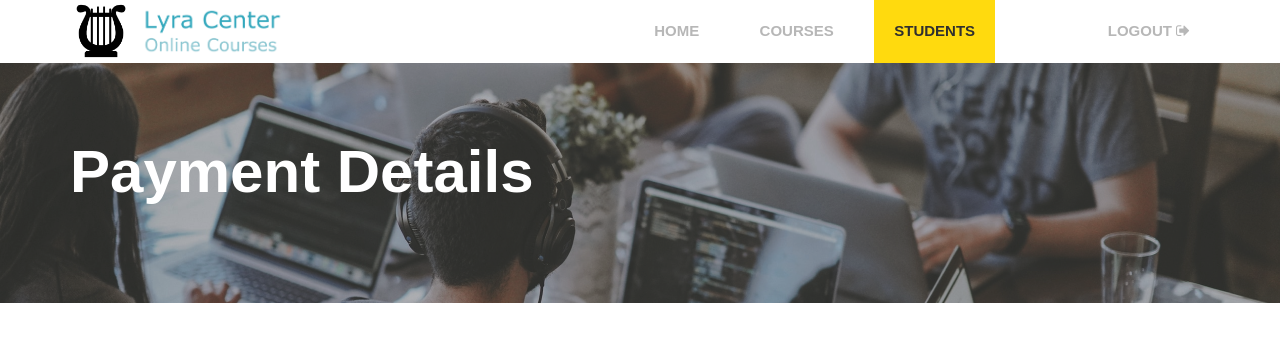
Repository: jersmaecrz/lyra-center
Page: http://localhost/aPayment.php
These files come from the project's save history. The page is drawn as it stood at one moment and after the next save; the edit follows.
The browser window is 1280 px wide. The pictures show the whole page.
Some web fonts or font styles are not loaded; a fallback is used. The page is run by PHP 8.4 with error messages shown; the project is at /var/www/html/.

Above is the page before, as saved 2022-12-04 16:07:28.

### aPayment.php
<?php
    include "admin-classes.php";
?>
<!DOCTYPE html>
<html lang="zxx">
<head>
    <link rel="icon" href="img/lyre.png">
    <meta charset="UTF-8">
    <meta name="description" content="Anime Template">
    <meta name="keywords" content="Anime, unica, creative, html">
    <meta name="viewport" content="width=device-width, initial-scale=1.0">
    <meta http-equiv="X-UA-Compatible" content="ie=edge">
    <title>Lyra | Payment Details</title>
    <link rel="stylesheet" href="css/admin-style.css" type="text/css">

    <!-- Google Font -->
    <link href="https://fonts.googleapis.com/css2?family=Mulish:wght@300;400;500;600;700;800;900&display=swap"
    rel="stylesheet">

    <link rel="preconnect" href="https://fonts.googleapis.com">
    <link rel="preconnect" href="https://fonts.gstatic.com" crossorigin>
    <link href="https://fonts.googleapis.com/css2?family=Open+Sans:wght@700&display=swap" rel="stylesheet">

    <!-- Css Styles -->
    <link rel="stylesheet" href="css/bootstrap.min.css" type="text/css">
    <link rel="stylesheet" href="css/font-awesome.min.css" type="text/css">
    <link rel="stylesheet" href="css/elegant-icons.css" type="text/css">
    <link rel="stylesheet" href="css/plyr.css" type="text/css">
    <link rel="stylesheet" href="css/nice-select.css" type="text/css">
    <link rel="stylesheet" href="css/owl.carousel.min.css" type="text/css">
    <link rel="stylesheet" href="css/slicknav.min.css" type="text/css">
    <link rel="stylesheet" href="css/style.css" type="text/css">
</head>

<body>
    <!-- Page Preloder -->
    <div id="preloder">
        <div class="loader"></div>
    </div>

    <!-- Header Section Begin -->
    <header class="header">
        <div class="container">
            <div class="row">
                <div class="col-lg-5">
                    <div class="header__logo">
                        <a href="./aHome.php">
                            <img src="img/lyre.png" alt="" width=62px>
                            <img src="img/lyra.png" alt="" width=150px>
                        </a>
                    </div>
                </div>
                <div class="col-lg-7">
                    <div class="header__nav">
                        <nav class="header__menu mobile-menu">
                            <ul>
                                <li ><a href="./aHome.php">HOME</a></li>
                                <li ><a href="./aCourses.php">COURSES</a></li>
                                <li class="active"><a href="./aStudents.php">STUDENTS</a></li>
                                <li class="right"><a href="./signup.html">LOGOUT <i class="fa fa-sign-out" aria-hidden="true"></i></a></li>
                            </ul>
                        </nav>
                    </div>
                </div>

            </div>
            <div id="mobile-menu-wrap"></div>
        </div>
    </header>
    <!-- Header End -->


    <!-- Normal Breadcrumb Begin -->
    <section class="pg pg-breadcrumb set-bg" data-setbg="img/banner.png">
        <div class="container">
            <div class="row">
                <div class="col-lg-8">
                    <div class="banner-text normal__breadcrumb__text">
                        <h2></i> Payment Details</h2>
                            <?php
                                if(isset($_GET['uname'])){
                                    echo "<div class='lemony'><a><span><b>";
                                    echo $_GET['uname'];
                                    echo "</b></span</a></div>";
                                }
                            ?>

                    </div>
                </div>
            </div>
        </div>

    </section>
    <!-- Normal Breadcrumb End -->
<br>

<!-- Dashboard -->
<div class="container">
    <div class="row">
        <div class="normal__breadcrumb__text" style="float:none;margin:auto;">
           <table class="styled-table"">

                <?php
                    $sPayment = new StudentPayment();
                    if(isset($_GET['ecID'])){
                        $ecID = $_GET['ecID'];
                        $sPayment -> retrieveStudentPayments($pdo,$ecID);
                        $rows = $sPayment -> getPayments();
                ?>
            </table>
            <table class="styled-table"">
                <thead>
                    <th>Payment ID</th>
                </thead>
                <tbody>

                    <?php

                            foreach($rows as $row){
                                echo " <td>".$row -> pytID."</td>";?>
                    <br><thead>
                        <th>Enrolled Course ID</th>
                    </thead>                    <?php
                                echo " <th>".$row -> ecID."</th>";

                            }
                        }
                    ?>
                </tbody>

                <tbody>
            </table>
            <img src=""/>
           </div>
        </div>
    </div>
</div>
<br>
<br>
<br>
<br>
<br>

<!-- Footer Section Begin
<footer class="footer">
    <div class="page-up">
        <a href="#" class="scroll"><span class="arrow_carrot-up"></span></a>
    </div>
    <div class="container">
        <div class="row">
            <div class="col-lg-3">
                <div class="footer__logo">
                    <a href="./index.html">
                        <img src="img/mango manga.png" alt="" width=80px>
                        <img src="img/mm.png" alt="" width=110px>
                    </a>
                </div>
            </div>
            <div class="col-lg-6">
                <div class="footer__nav">
                    <ul>
                        <li class="active"><a href="./index.html">HOME</a></li>
                        <li ><a href="./courses.html">COURSES</a></li>
                        <li ><a href="./signup.html">STUDENTS</a></li>

                    </ul>
                </div>
            </div>

          </div>
      </div>
  </footer>
  <!-- Footer Section End -->


<!-- Js Plugins -->
<script src="js/jquery-3.3.1.min.js"></script>
<script src="js/bootstrap.min.js"></script>
<script src="js/player.js"></script>
<script src="js/jquery.nice-select.min.js"></script>
<script src="js/mixitup.min.js"></script>
<script src="js/jquery.slicknav.js"></script>
<script src="js/owl.carousel.min.js"></script>
<script src="js/main.js"></script>


</body>

</html>

### admin-classes.php
<?php
   require_once("config.php");
   class Dashboard {
        //Attributes
        public $name;
        public $courses;
        //Create setters
        function setStudents($students){
            $this -> students = $students;
        }
        function setCourses($courses){
            $this -> courses = $courses;
        }
        //Create getters
        function getStudents(){
            return $this -> students;
        }
        function getCourses(){
            return $this -> courses;
        }
        function countStudents($pdo){
            $type = "user";

            $query = "SELECT * FROM users WHERE `user_type` = ?" ;
            $stmt = $pdo-> prepare($query);
            $stmt -> execute([$type]);
            $rows = $stmt -> fetchAll();
            $rowCount = $stmt->rowCount();
            $this -> setStudents($rowCount);
        }
        function countCourses($pdo){
            $query = "SELECT * FROM courses";
            $stmt = $pdo-> prepare($query);
            $stmt -> execute();
            $rows = $stmt -> fetchAll();
            $rowCount = $stmt->rowCount();
            $this -> setCourses($rowCount);
        }
    }
    class Students {
        //Attributes
        public $students;
        //Create setter
        function setStudents($students){
            $this -> students = $students;
        }
        //Create getter
        function getStudents(){
            return $this -> students;
        }
        function retrieveStudents($pdo){
            $type = "user";
            $query = "SELECT * FROM users WHERE `user_type` = ?";
            $stmt = $pdo-> prepare($query);
            $stmt -> execute([$type]);
            $rows = $stmt -> fetchAll();
            $this -> setStudents($rows);
        }
    }
    class StudentCourse {
        //Attributes
        public $studentUsername;
        public $courses;
        public $status;
        //Create setter
        function setStudentUsername($studentUsername){
            $this -> studentUsername = $studentUsername;
        }
        function setCourses($courses){
            $this -> courses = $courses;
        }
        //Create getter
        function getStudentUsername(){
            return $this -> studentUsername;
        }
        function getCourses(){
            return $this -> courses;
        }
        function retrieveStudentCourses($pdo){
            $id = $this-> getStudentUsername();
            $query = "SELECT * FROM `enrolled courses` JOIN `courses` WHERE `sUsername` = ?";
            $stmt = $pdo-> prepare($query);
            $stmt -> execute([$id]);
            $rows = $stmt -> fetchAll();
            $this -> setCourses($rows);
        }
        function updateEnrollmentStatus($pdo, $ecID, $status){
            $query = "UPDATE `enrolled courses` SET `ecStatus` = ? WHERE `ecID` = ?";
            $stmt = $pdo-> prepare($query);
            $stmt -> execute([$status,$ecID]);
            echo "Successfully Updated.";
            echo "<script>
                window.location.replace('aEnrolledCourses.php?uname=".filter_var($_GET['uname'])."');
            </script>";

        }
    }
    class StudentPayment {
        //Attributes
        public $payments;
        //Create setter
        function setPayments($payments){
            $this -> payments = $payments;
        }
        //Create getter
        function getPayments(){
            return $this -> payments;
        }
        function retrieveStudentPayments($pdo, $ecID){
            $query = "SELECT * FROM `payment` WHERE `ecID` = ?";
            $stmt = $pdo-> prepare($query);
            $stmt -> execute([$ecID]);
            $rows = $stmt -> fetchAll();
            $this -> setPayments($rows);
        }
    }
?>

### config.php
<?php
    $host = "remotemysql.com";
    $user = "NsqxjSUDbx";
    $password = "wLgUwnheJo";
    $dbName = "NsqxjSUDbx" ;
    //Connect to database using PDO
    try {
        $dsn ="mysql:host=$host;dbname=$dbName";
        $pdo = new PDO($dsn,$user, $password);
        //Check the connection
        $pdo->setAttribute(PDO::ATTR_DEFAULT_FETCH_MODE,PDO::FETCH_OBJ);
        $pdo->setAttribute(PDO::ATTR_ERRMODE,PDO::ERRMODE_EXCEPTION);
    } catch(PDOException $e) {
        echo "Unable to Connect to DB: ". $e->getMessage();
    }
?>

### css/admin-style.css

/*			HOME PAGE 			*/
.right {
    float: right;
}
.scroll {
    margin-left: -50px;
    margin-top: -50px;
}
.main-section{
	width:80%;
	margin:0 auto;
	text-align: center;
	padding: 0px 5px;
}
.dashboard{
	width:32%;
	display: inline-block;
	margin-top: 50px;
}
.icon-section i{
	font-size: 30px;
	padding:10px;
	border:1px solid #34495E;
	margin-bottom: 10px;
    margin: 5%;
	background-color:#fff;
    border-radius: 50%;
}
.icon-section h3{
	font-size: 20px;
    color: #fff;
	font-family: "Mulish", sans-serif;
}
.icon-section p{
	margin:0px;
	font-size: 20px;
	padding-bottom: 10px;
	font-family: "Mulish", sans-serif;
}
.icon {
    color: #023047;
}
.blueDash {
    background-color:#34495E;
}
.yellowDash {
    background-color:#c9e6f3;
}
.yellowDash h3, .yellowDash p{
	color: #34495E;
}
.blueDash p, .blueDash h3{
	color:#fff;
}
.pg-breadcrumb {
	height: 240px;
	display: -webkit-box;
	display: -ms-flexbox;
	display: flex;
	-webkit-box-align: center;
	-ms-flex-align: center;
	align-items: center;
	-webkit-box-pack: center;
	-ms-flex-pack: center;
	justify-content: center;
}
/*			STUDENTS PAGE 			*/
.styled-table {
    border-collapse: collapse;
    margin: 25px 0;
    font-size: 0.9em;
    font-family: sans-serif;
    box-shadow: 0 0 20px rgba(0, 0, 0, 0.15);
	font-family: "Mulish", sans-serif;
	width: 50%;
	margin-bottom: 20px;

}
.styled-table thead tr {
	background-color: #c9e6f3;
	/*background-color: #FFDA0E;*/
    color: #023047;
    text-align: left;
}
.styled-table th,
.styled-table td {
    padding: 12px 15px;
	white-space: nowrap;
}
.styled-table tbody tr {
    border-bottom: 1px solid #dddddd;
}

.styled-table tbody tr:nth-of-type(even) {
    background-color: #f3f3f3;
}

.styled-table tbody tr:last-of-type {
    border-bottom: 2px solid #4ACBCB;
}
.styled-table tbody tr.active-row {
    font-weight: bold;
    color: #34495E;
}
.ico {
	font-size: 24px;
	margin-left: 50px;
	align-content: center;
	color: #4ACBCB;
	align-items: center;
}
/*			STUDENT'S ENROLLED COURSES PAGE 			*/
.banner-text {
	font-size: 50px !important;
}
.save-button {
	color: #f3f3f3;
	background: #023047;
	border-radius: 5px;
	margin: 5px;
}
.btnLink {
	padding: 5px;
}
/*			STUDENT'S PAYMENT PAGE 			*/

Loaded but not shown: css/bootstrap.min.css (library); css/font-awesome.min.css (library); css/plyr.css (library); css/nice-select.css (common file); css/owl.carousel.min.css (library); css/slicknav.min.css (common file); js/jquery-3.3.1.min.js (library); js/bootstrap.min.js (library); js/player.js (library); js/jquery.nice-select.min.js (common file); js/mixitup.min.js (library); js/jquery.slicknav.js (library); js/owl.carousel.min.js (library); js/main.js (101 lines, source omitted); css/elegant-icons.css (1157 lines, source omitted); css/style.css (1159 lines, source omitted)

After the next save:
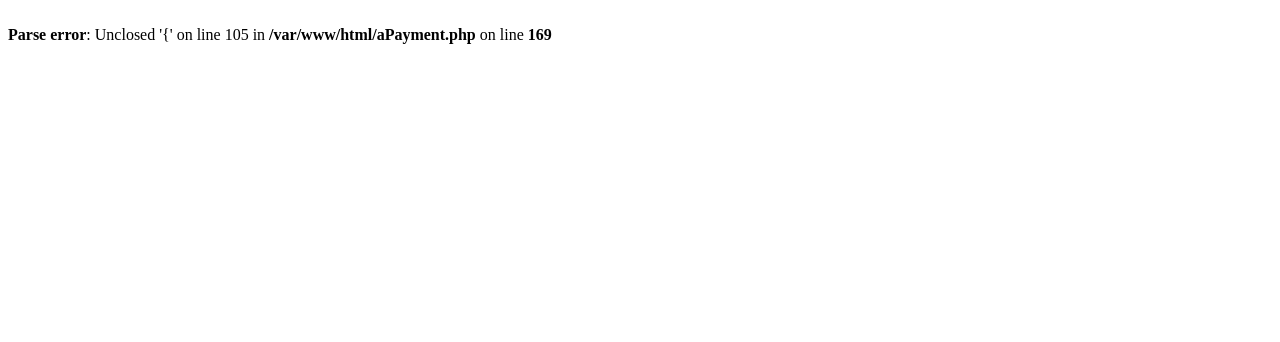
Saved 29 s later.
--- a/aPayment.php
+++ b/aPayment.php
@@ -108,28 +108,7 @@
                         $rows = $sPayment -> getPayments();
                 ?>
             </table>
-            <table class="styled-table"">
-                <thead>
-                    <th>Payment ID</th>
-                </thead>
-                <tbody>
 
-                    <?php
-
-                            foreach($rows as $row){
-                                echo " <td>".$row -> pytID."</td>";?>
-                    <br><thead>
-                        <th>Enrolled Course ID</th>
-                    </thead>                    <?php
-                                echo " <th>".$row -> ecID."</th>";
-
-                            }
-                        }
-                    ?>
-                </tbody>
-
-                <tbody>
-            </table>
             <img src=""/>
            </div>
         </div>

After the 2 saves that followed:
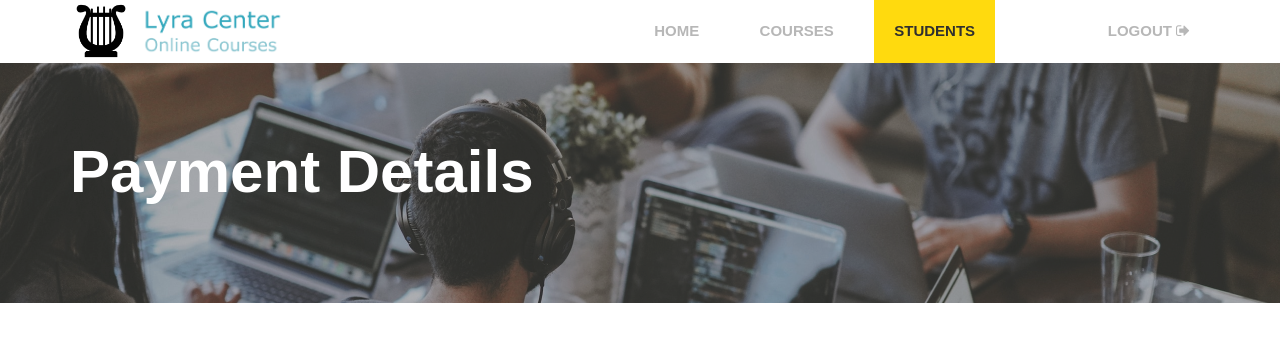
The 2 saves are shown as one change because 1 left the picture as it was.
The last was saved 34 s later.
--- a/aPayment.php
+++ b/aPayment.php
@@ -107,8 +107,27 @@
                         $sPayment -> retrieveStudentPayments($pdo,$ecID);
                         $rows = $sPayment -> getPayments();
                 ?>
+                <thead>
+                    <th>Payment ID</th>
+                </thead>
+                <tbody>
+
+                    <?php
+
+                            foreach($rows as $row){
+                                echo " <td>".$row -> pytID."</td>";?>
+                    <br><thead>
+                        <th>Enrolled Course ID</th>
+                    </thead>                    <?php
+                                echo " <th>".$row -> ecID."</th>";
+
+                            }
+                        }
+                    ?>
+                </tbody>
+
+                <tbody>
             </table>
-
             <img src=""/>
            </div>
         </div>
